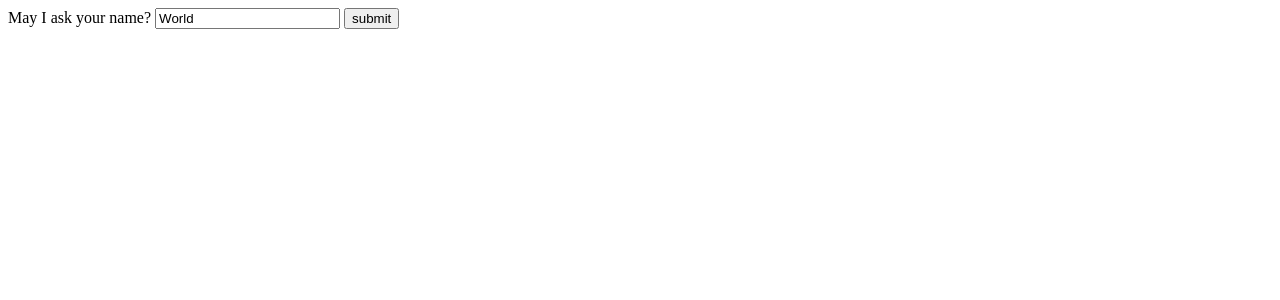
Repository: cameronmcnz/struts-tutorials
Page: struts-hello-world/src/main/webapp/index.html
The author's editor kept a copy of each file at every save. The page is drawn from the files as they stood at one save, then again after the next save.
The browser window is 1280 px wide. The pictures show the whole page.

Above is the page before, as saved 2020-09-10 18:26:49.

After the next save:
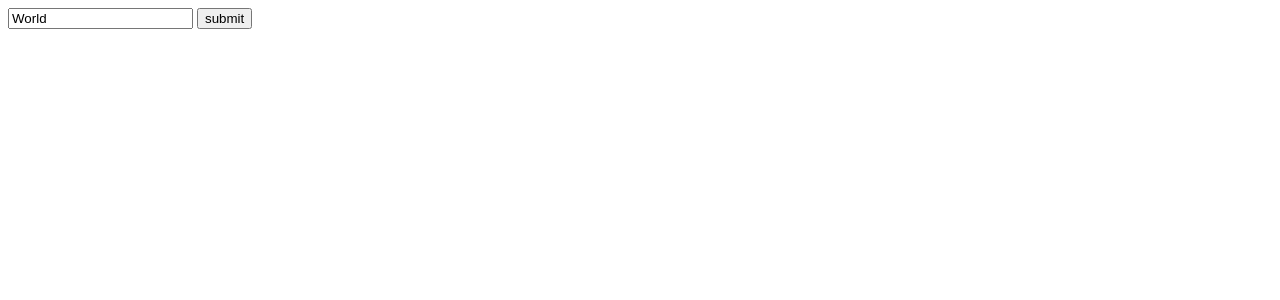
Saved 3 min 6 s later.
--- a/struts-hello-world/src/main/webapp/index.html
+++ b/struts-hello-world/src/main/webapp/index.html
@@ -1,9 +1,10 @@
 <html>
 <body>
-<form action="hello.action">
-May I ask your name?
+<s:form action="hello">
+
 <input type="text" name="firstName" value="World"/>
+<s:textfield name="userName" label="May I ask your name? " />
 <input type="submit" value="submit"/>
-</form>
+</s:form>
 </body>
 </html>
